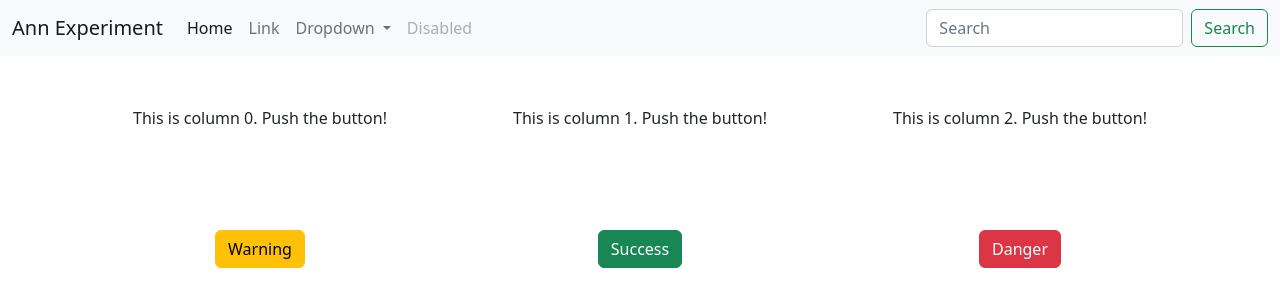
Repository: annferracane/phase-0-personal-website
Page: index.html
These files come from the project's save history. The page is drawn as it stood at one moment and after the next save; the edit follows.
The browser window is 1280 px wide. The pictures show the whole page.

Above is the page before, as saved 2022-11-13 16:51:44.

After the next save:
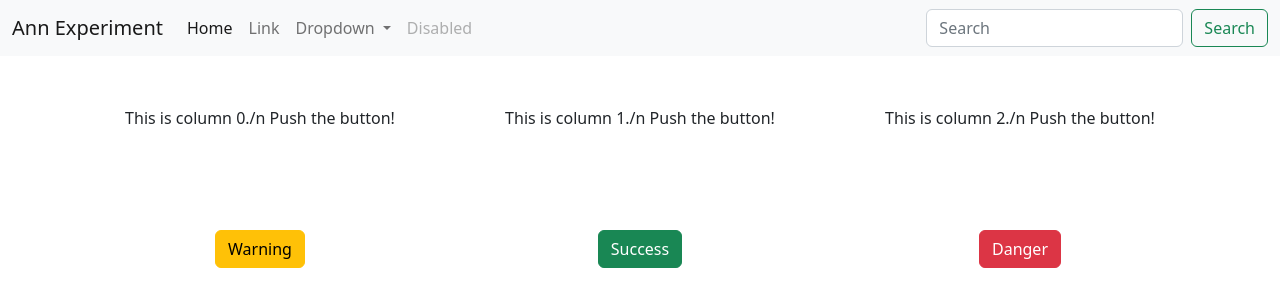
Saved 10 s later.
--- a/script.js
+++ b/script.js
@@ -16,7 +16,7 @@ for (i = 0; i < 3; i++){
 
     // create div for text
     const divText = document.createElement("div");
-    divText.textContent = `This is column ${i}. Push the button!`
+    divText.textContent = `This is column ${i}./n Push the button!`
     divText.className = "colText";
     divText.id = `main-div-col-text-${i}`;
 
